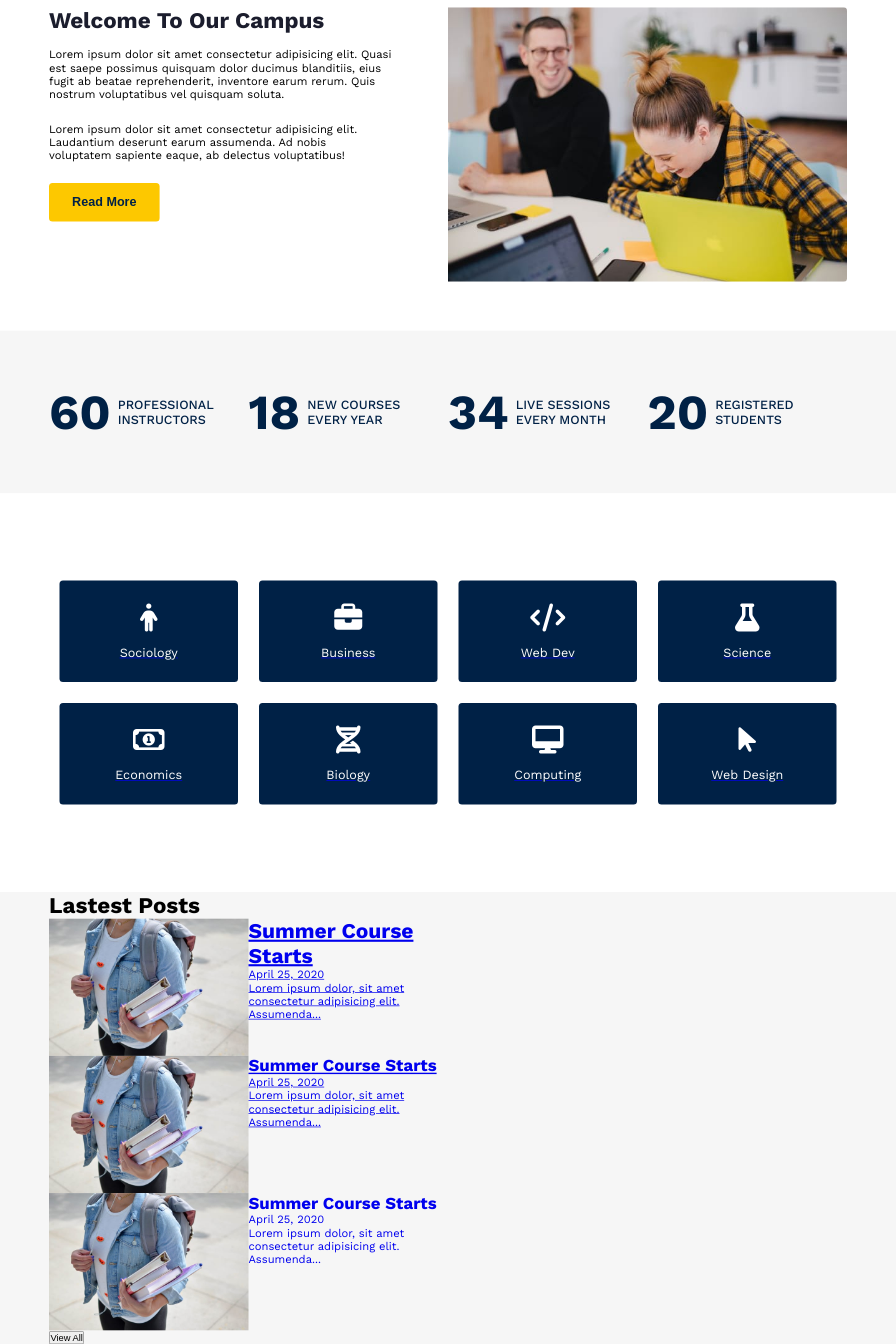
Repository: giahuy405/BC38__Mastery__Pham_Gia_Huy
Page: index.html
An editor plug-in stored every save of this project. The page is shown before and after the next save, followed by the edit.
The browser window is 1280 px wide. The pictures show the part of the page from y = 759 to 2679 px (the page is 2679 px tall), at 70% of full size.

Above is the page before, as saved 2022-09-10 00:56:38.

After the next save:
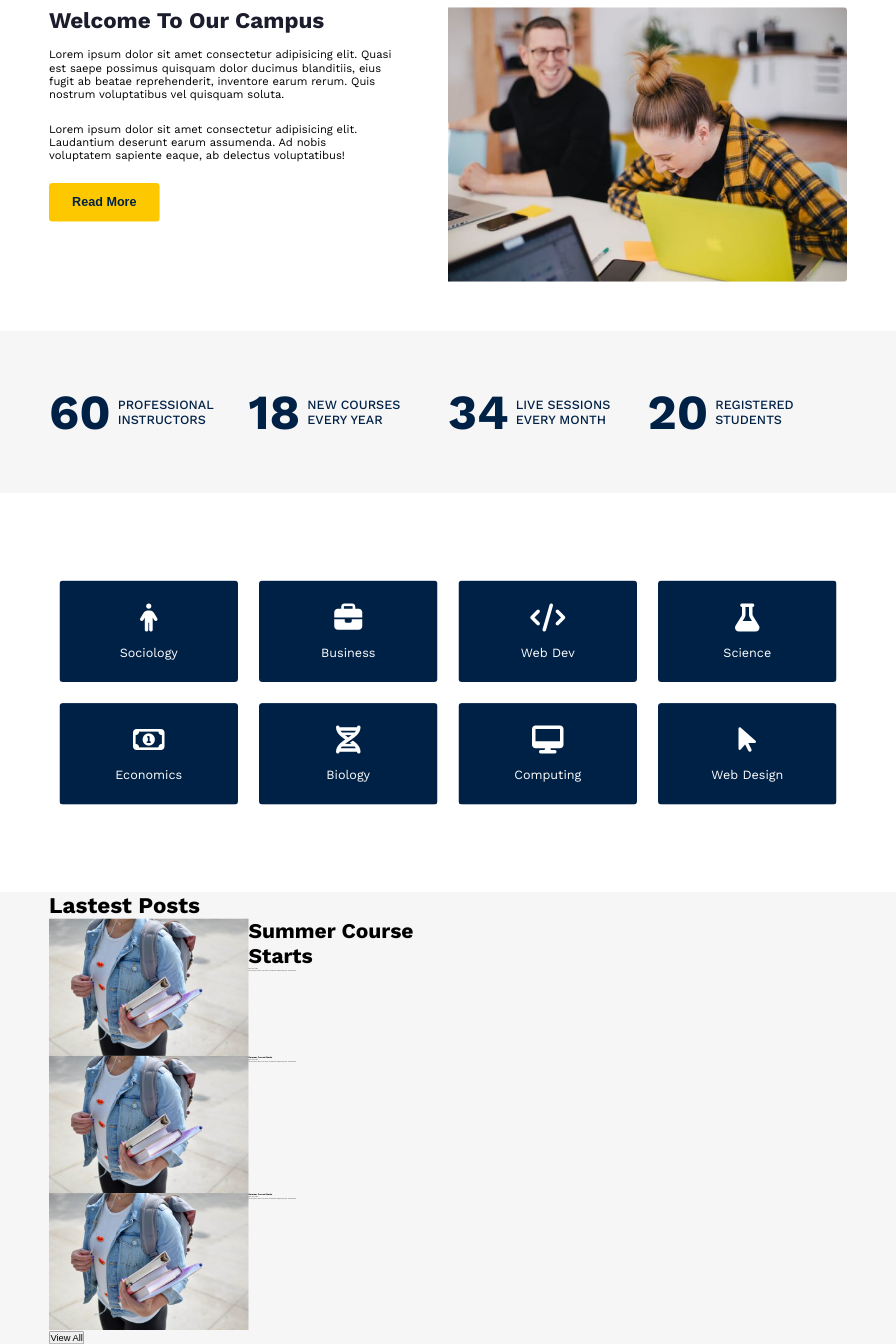
Saved 31 s later.
--- a/index.css
+++ b/index.css
@@ -55,7 +55,7 @@ nav li{
     display: inline;
     font-size: 7px;
 }
-nav ul a,nav a:visited, a:hover,nav a:active{
+ a, a:visited, a:hover, a:active{
     -webkit-backface-visibility:hidden;
             backface-visibility:hidden;
       position:relative;
@@ -85,6 +85,20 @@ height:5px;
 height:0.2rem;
 width:0;
 background:#fdc800;
+}
+ a.first:after{
+left:0;
+}
+ a.second:after{
+right:0;
+}
+ a.third:after, a.sixth:before, a.sixth:after{
+left:50%;
+-webkit-transform:translateX(-50%);
+        transform:translateX(-50%);
+}
+a.fourth:before, a.fourth:after{
+left:0;
 }
  a.fifth:before, a.fifth:after{
 right:0;
